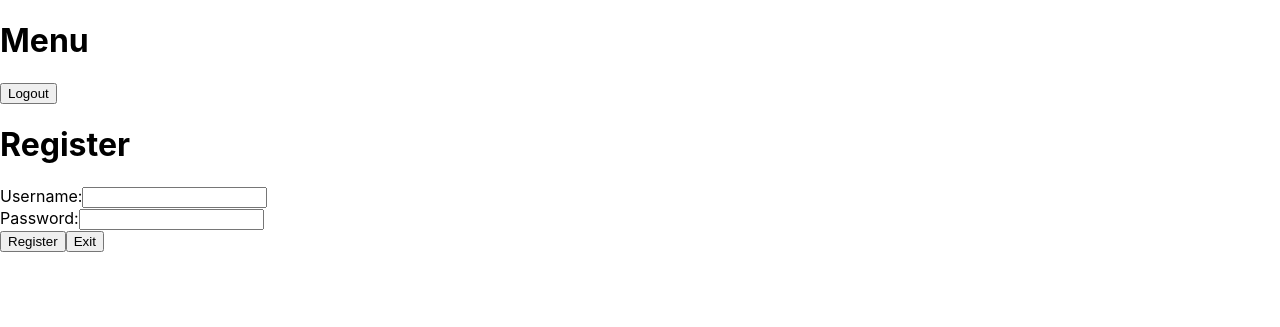
Repository: iMlearnDinG/react-app-v2
Page: /register
An editor plug-in stored every save of this project. The page is shown before and after the next save, followed by the edit.
The browser window is 1280 px wide. The pictures show the whole page.
The page's requests for data from a server got no answer. The project was rebuilt for these pictures with package versions that can differ from the ones it lists, and the page was loaded fresh each time. No one was signed in, and anything a server would have sent is missing. Also part of the build but not shown: src/components/Login.js, src/components/Lobby.js, src/components/Game.js.

Above is the page before, as saved 2023-07-19 01:47:13.

### src/index.js
import React from 'react';
import ReactDOM from 'react-dom/client';
import './index.css';
import App from './App';
import reportWebVitals from './reportWebVitals';

ReactDOM.createRoot(document.getElementById('root')).render(
  <React.StrictMode>
    <App />
  </React.StrictMode>,
);

// If you want to start measuring performance in your app, pass a function
// to log results (for example: reportWebVitals(console.log))
// or send to an analytics endpoint. Learn more: https://bit.ly/CRA-vitals
reportWebVitals();

### src/App.js
import React, { useContext, useEffect } from 'react';
import { BrowserRouter as Router, Routes, Route, useNavigate } from 'react-router-dom';
import { AuthProvider, AuthContext } from './config/AuthContext';
import Login from './components/Login';
import Register from './components/Register';
import Lobby from './components/Lobby';
import Game from './components/Game';
import Navbar from './components/Menu';
import SessionRenewal from './SessionRenewal';

function PrivateRoute({ children }) {
  const { user, loading } = useContext(AuthContext);
  const navigate = useNavigate();

  useEffect(() => {
    if (!loading && !user) {
      navigate('/login', { replace: true });
    }
  }, [loading, user, navigate]);

  if (loading) {
    return <div>Loading...</div>;
  }

  if (!user) {
    return null;
  }

  return children;
}

function App() {
  return (
    <Router>
      <div className="App">
        <AuthProvider>
          <Navbar /> {/* Add the Navbar component here */}
          <Routes>
            <Route path="/" element={<Login />} />
            <Route path="/login" element={<Login />} />
            <Route path="/register" element={<Register />} />
            <Route path="/lobby" element={<PrivateRoute><Lobby /></PrivateRoute>} />
            <Route path="/game" element={<PrivateRoute><Game /></PrivateRoute>} />
          </Routes>
        </AuthProvider>
      </div>
    </Router>
  );
}
export default SessionRenewal(App);

### src/config/AuthContext.js
import React, { createContext, useState, useEffect } from 'react';

export const AuthContext = createContext();

export function AuthProvider({ children }) {
  const [user, setUser] = useState(null);
  const [loading, setLoading] = useState(true);

  useEffect(() => {
    // Fetch the current user from the server and update state
    const fetchUser = async () => {
      const response = await fetch(`${process.env.REACT_APP_API_BASE_URL}/auth`, {
        credentials: 'include',
      });
      const data = await response.json();
      if (data.success) {
        setUser(data.data.user);
      }
      setLoading(false);
    };
    fetchUser();
  }, []);

  const value = { user, setUser, loading };

  return <AuthContext.Provider value={value}>{children}</AuthContext.Provider>;
}

### src/components/Register.js
import React, { useState } from 'react';
import { useNavigate } from 'react-router-dom';
import axios from 'axios';

function Register() {
  const navigate = useNavigate();
  const [username, setUsername] = useState('');
  const [password, setPassword] = useState('');
  const [errors, setErrors] = useState([]);

  const register = () => {
    if (!username || !password) {
      setErrors(['Please provide a username and password.']);
      return;
    }

    const userData = {
      username: username,
      password: password
    };

    axios
      .post(`${process.env.REACT_APP_API_BASE_URL}/register`, userData)
      .then((res) => {
        if (res.data.success) {
          navigate('/login', { replace: true });
        } else {
          setErrors(res.data.error);
        }
      })

      .catch((error) => {
        console.log(error);
        let errorMsg = ['An error occurred during registration'];

        if (error.response && error.response.data.error) {
          errorMsg = error.response.data.error;
        }

        setErrors(errorMsg);
      });
  };

  const exit = () => {
    navigate('/login');
  };

  return (
    <div>
      <h1>Register</h1>
      {/* Registration form */}
      <div>
        <label htmlFor="username">Username:</label>
        <input
          type="text"
          id="username"
          value={username}
          onChange={(e) => setUsername(e.target.value)}
        />
      </div>
      <div>
        <label htmlFor="password">Password:</label>
        <input
          type="password"
          id="password"
          value={password}
          onChange={(e) => setPassword(e.target.value)}
        />
      </div>
      <button onClick={register}>Register</button>
      <button onClick={exit}>Exit</button>
      {errors.length > 0 && (
        <div>
          {errors.map((error, index) => (
            <p key={index}>{error}</p>
          ))}
        </div>
      )}
    </div>
  );
}

export default Register;

### src/components/Menu.js
import React, { useContext } from 'react';
import axios from 'axios';
import { useNavigate } from 'react-router-dom';
import { AuthContext } from '../config/AuthContext';

function Menu() {
  const navigate = useNavigate();
  const { setUser } = useContext(AuthContext);

  const handleLogout = async () => {
    try {
      const res = await axios.post(`${process.env.REACT_APP_API_BASE_URL}/logout`, {}, {
        withCredentials: true,
      });

      if (res.data.success) {
        setUser(null); // clear out the user context
        navigate('/login'); // redirect the user to the login page after successful logout
      } else {
        console.error(res.data.error); // handle error, maybe show a message to the user
      }
    } catch (error) {
      console.error(error);
    }
  };

  return (
    <div>
      <h1>Menu</h1>
      <button onClick={handleLogout}>Logout</button>
      {/* Add your menu logic and components here */}
    </div>
  );
}

export default Menu;

### src/SessionRenewal.js
import React, { useEffect, useRef } from 'react';

function SessionRenewal(WrappedComponent) {
  return function WrappedWithSessionRenewal(props) {
    const activityDetected = useRef(false);

    useEffect(() => {
      let timeoutId;

      const renewSession = () => {
        fetch('/api/renew-session', {
          method: 'POST',
          credentials: 'include', // Include cookies in the request
        })
        .then(res => res.json())
        .then((data) => {
          if (!data.success) {
            console.error('Session renewal failed:', data.error);
          }
        })
        .catch((error) => {
          console.error('Error:', error);
        });
      };

      const resetTimeout = () => {
        console.log('User activity detected');
        if (timeoutId) {
          clearTimeout(timeoutId);
        }
        timeoutId = setTimeout(renewSession, 1); // 5 minutes
      };

      const activityHandler = () => {
        activityDetected.current = true;
      };

      window.addEventListener('mousemove', activityHandler);
      window.addEventListener('keydown', activityHandler);
      window.addEventListener('click', activityHandler);
      window.addEventListener('input', activityHandler);

      const intervalId = setInterval(() => {
        if (activityDetected.current) {
          resetTimeout();
          activityDetected.current = false;
        }
      }, 225000);

      return () => {
        window.removeEventListener('mousemove', activityHandler);
        window.removeEventListener('keydown', activityHandler);
        window.removeEventListener('click', activityHandler);
        window.removeEventListener('input', activityHandler);
        clearTimeout(timeoutId);
        clearInterval(intervalId);
      };
    }, []);

    return <WrappedComponent {...props} />;
  };
}

export default SessionRenewal;

### src/components/Navbar.js
import React, { useContext } from 'react';
import { useNavigate } from 'react-router-dom';
import { AuthContext } from '../config/AuthContext.js';
import axios from 'axios';

const Navbar = () => {
  const navigate = useNavigate();
  const { user, setUser } = useContext(AuthContext);

  const handleLogout = async () => {
    try {
      const res = await axios.post(`${process.env.REACT_APP_API_BASE_URL}/logout`, {}, {
        withCredentials: true,
      });

      if (res.data.success) {
        setUser(null);
        navigate('/login');
      } else {
        console.error(res.data.error);
      }
    } catch (error) {
      console.error(error);
    }
  };

  return (
    <div>
      <header >
        <h1>My App</h1>
        {user && (
          <button onClick={handleLogout}>Logout</button>
        )}
        {!user && (
          <button onClick={() => navigate('/login')}>Login</button>
        )}
      </header>

      <footer>
        <p>© 2023 My App. All rights reserved.</p>
      </footer>
    </div>
  );
};

export default Navbar;

Loaded but not shown: public/index.html (common file); src/index.css (common file); src/reportWebVitals.js (common file)

After the next save:
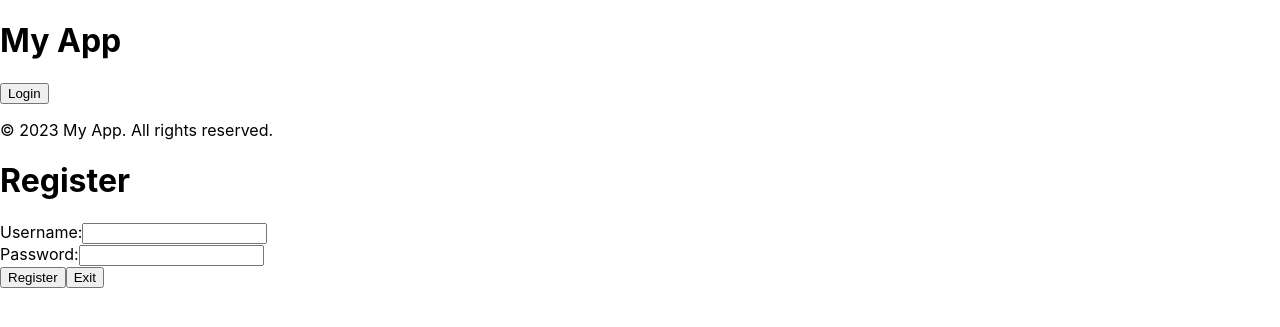
Saved 58 s later.
--- a/src/App.js
+++ b/src/App.js
@@ -5,7 +5,8 @@ import Login from './components/Login';
 import Register from './components/Register';
 import Lobby from './components/Lobby';
 import Game from './components/Game';
-import Navbar from './components/Menu';
+import Menu from './components/Menu';
+import Navbar from './components/Navbar'
 import SessionRenewal from './SessionRenewal';
 
 function PrivateRoute({ children }) {
@@ -34,17 +35,19 @@ function App() {
     <Router>
       <div className="App">
         <AuthProvider>
-          <Navbar /> {/* Add the Navbar component here */}
+          <Navbar />
           <Routes>
             <Route path="/" element={<Login />} />
             <Route path="/login" element={<Login />} />
             <Route path="/register" element={<Register />} />
             <Route path="/lobby" element={<PrivateRoute><Lobby /></PrivateRoute>} />
             <Route path="/game" element={<PrivateRoute><Game /></PrivateRoute>} />
+            <Route path="/menu" element={<PrivateRoute><Menu /></PrivateRoute>} />
           </Routes>
         </AuthProvider>
       </div>
     </Router>
   );
 }
+
 export default SessionRenewal(App);
